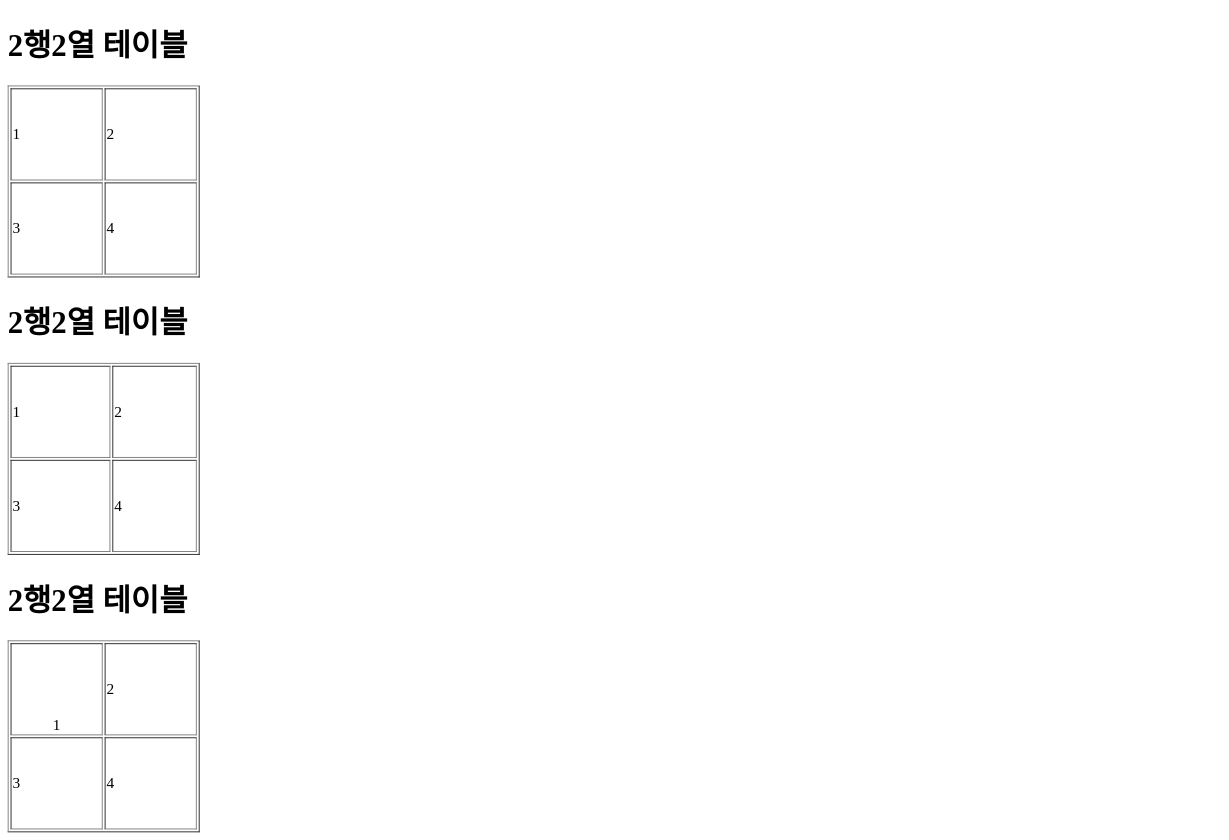
Repository: heoSuKyeong/client_Ssanyong
Page: ClientTest/src/main/webapp/html/ex15_table.html
An editor plug-in stored every save of this project. The page is shown before and after the next save, followed by the edit.
The browser window is 1280 px wide. The pictures show the whole page, at 96% of full size.

Above is the page before, as saved 2023-09-21 00:36:37.

After the next save:
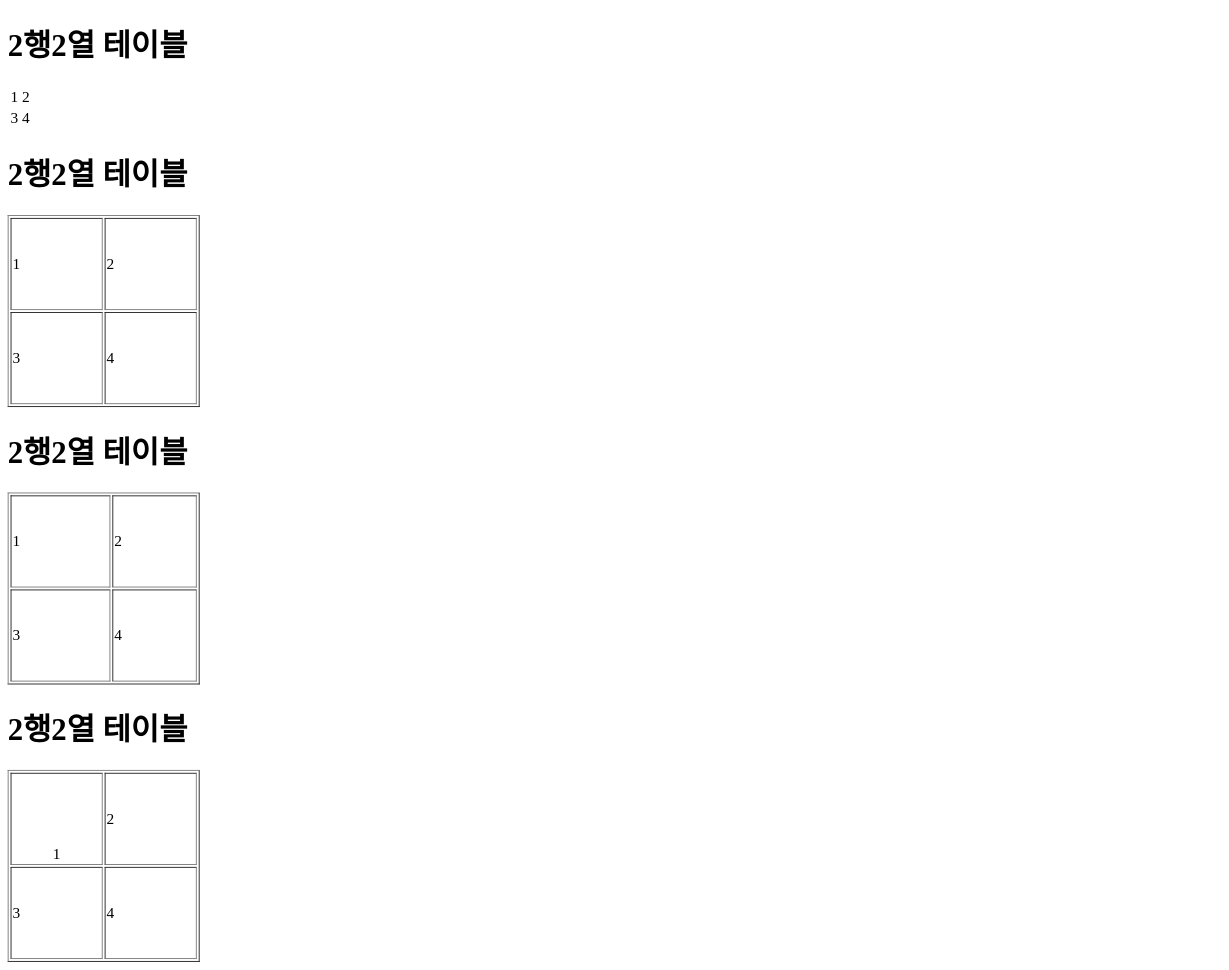
Saved 2 min 48 s later.
--- a/ClientTest/src/main/webapp/html/ex15_table.html
+++ b/ClientTest/src/main/webapp/html/ex15_table.html
@@ -5,6 +5,18 @@
 <title>Insert title here</title>
 </head>
 <body>
+
+		<h1>2행2열 테이블</h1>
+	<table>
+		<tr>
+			<td>1</td>
+			<td>2</td>
+		</tr>
+		<tr>
+			<td>3</td>
+			<td>4</td>
+		</tr>
+	</table>
 
 	<h1>2행2열 테이블</h1>
 
